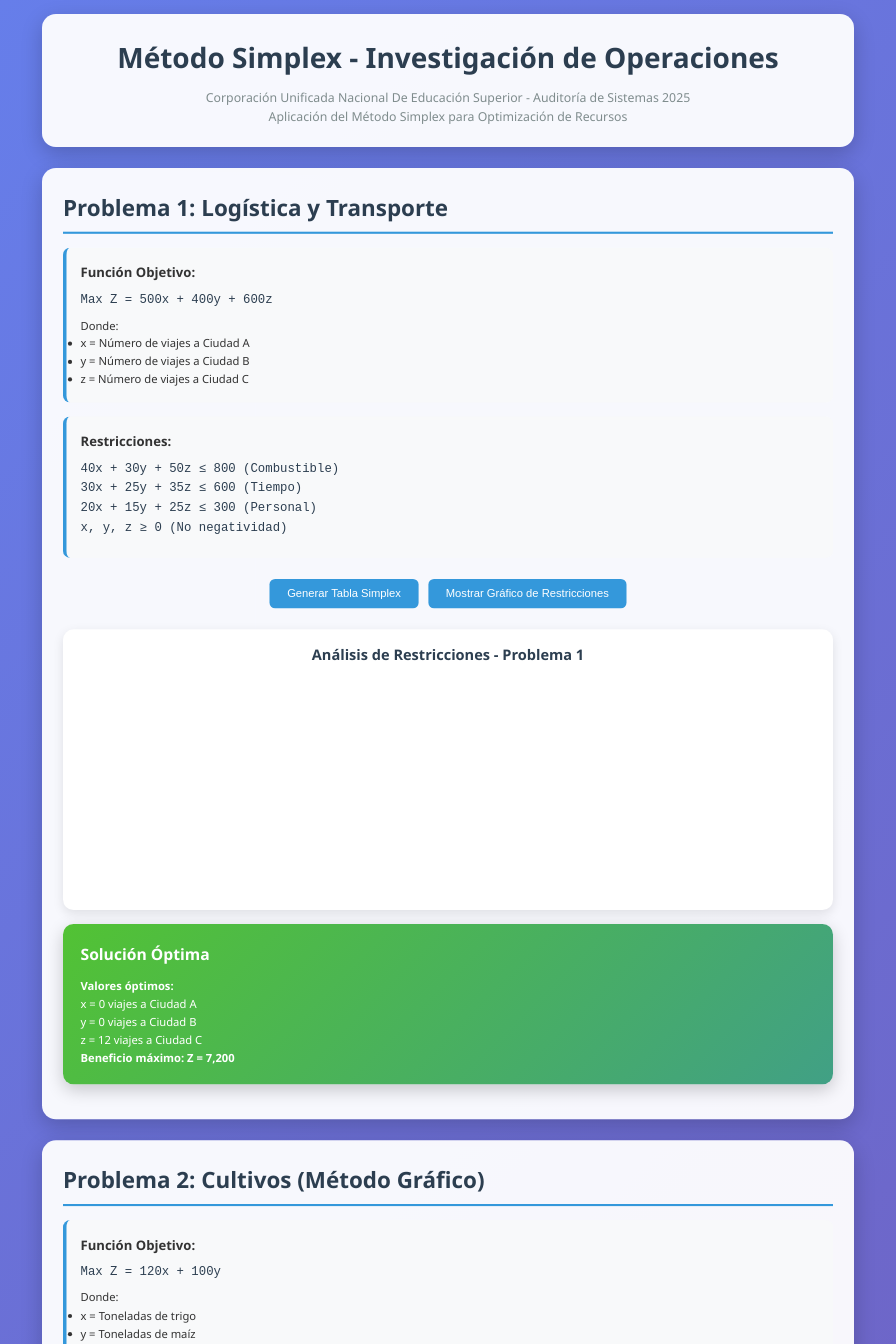
Repository: Milacurtero/Aca_Investigaci-n_de_-Operaciones
Page: Index.html
An editor plug-in stored every save of this project. The page is shown before and after the next save, followed by the edit.
The browser window is 1280 px wide. The pictures show the part of the page from y = 0 to 1920 px (the page is 5586 px tall before and 5611 px after), at 70% of full size.

Above is the page before, as saved 2025-07-04 21:48:58.

After the next save:
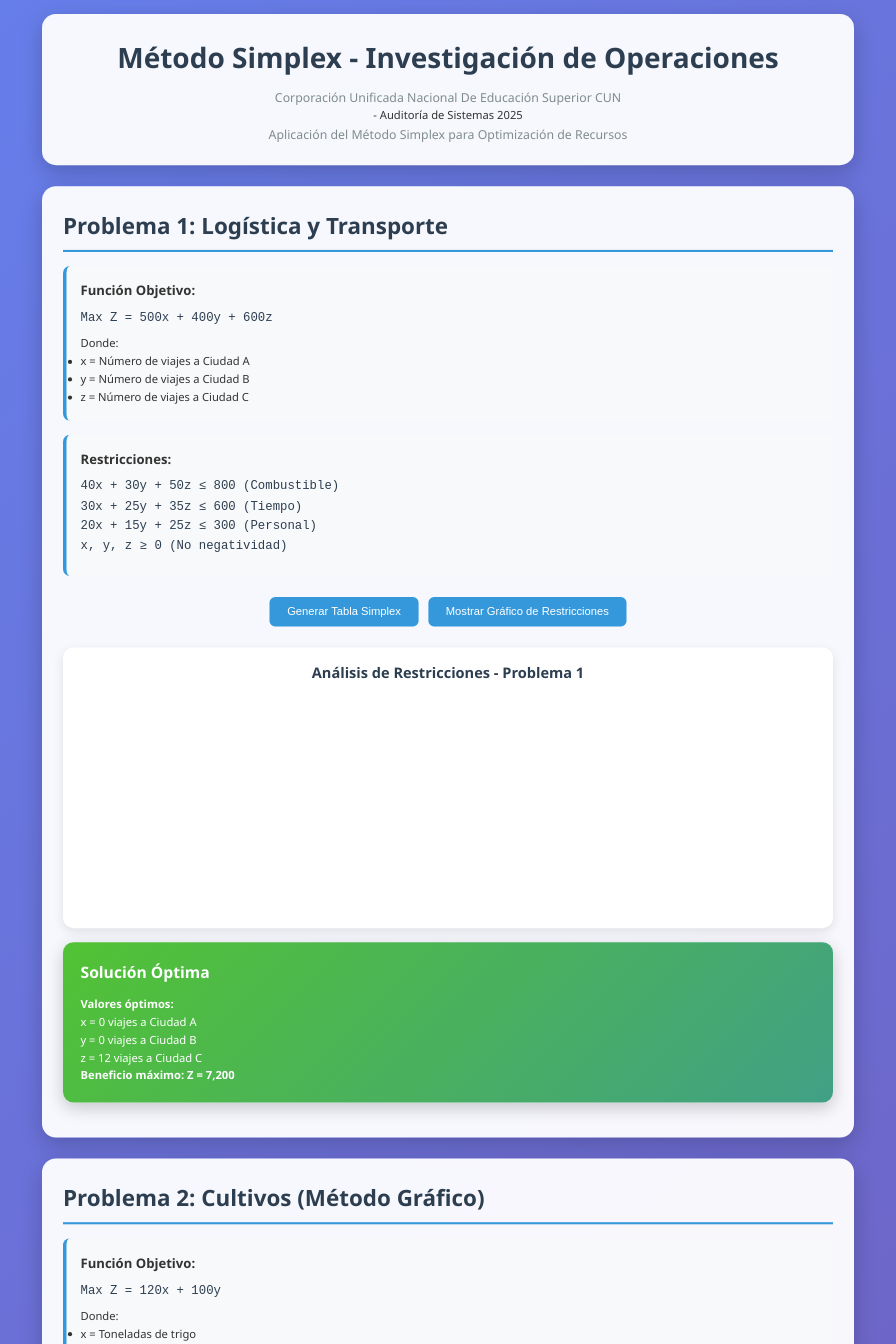
Saved 4 s later.
--- a/Index.html
+++ b/Index.html
@@ -196,7 +196,7 @@
     <div class="container">
         <div class="header">
             <h1>Método Simplex - Investigación de Operaciones</h1>
-            <p>Corporación Unificada Nacional De Educación Superior
+            <p>Corporación Unificada Nacional De Educación Superior CUN</p>
  - Auditoría de Sistemas 2025</p>
             <p>Aplicación del Método Simplex para Optimización de Recursos</p>
         </div>
